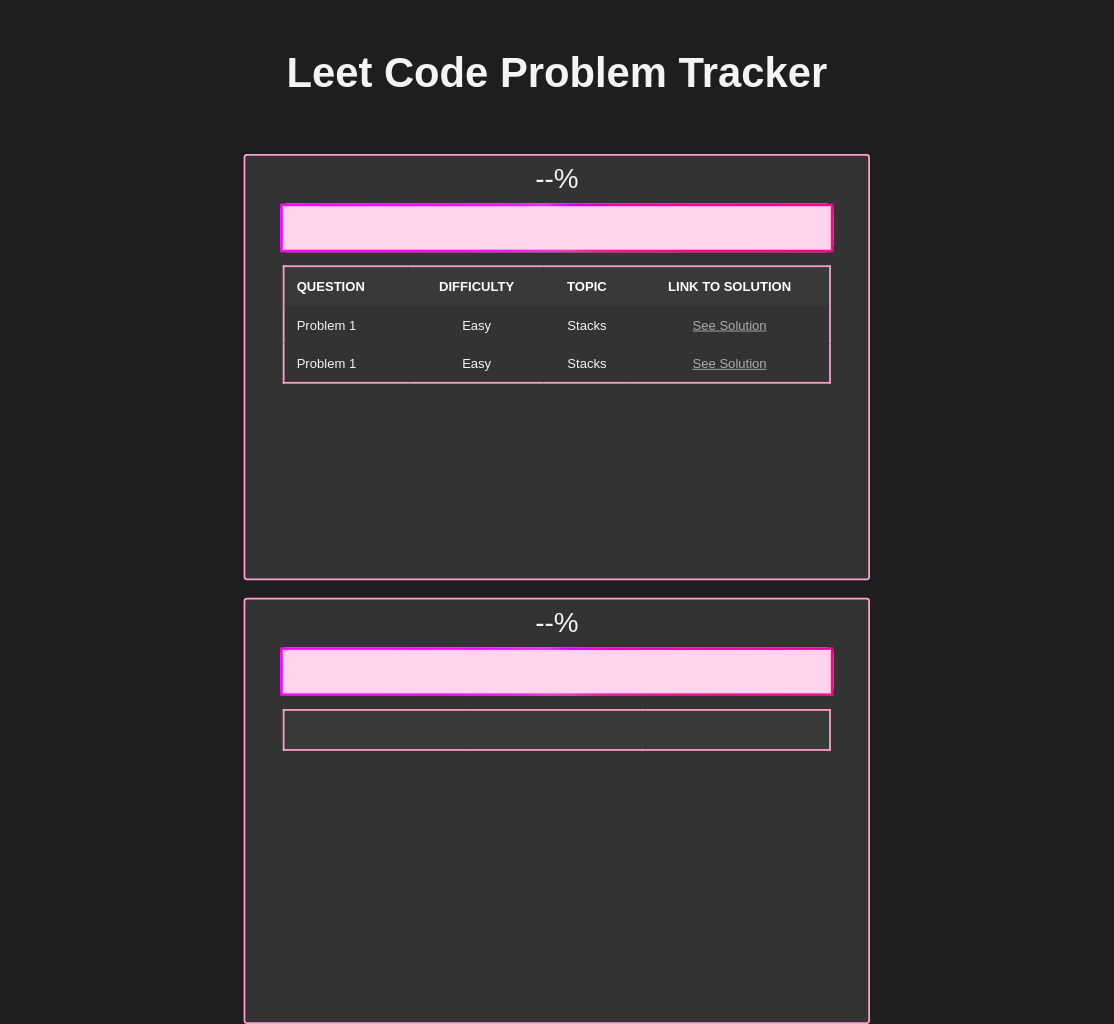
Repository: bbrockbrown/leet-code-tracker
Page: index.html
These files come from the project's save history. The page is drawn as it stood at one moment and after the next save; the edit follows.
The browser window is 1280 px wide. The pictures show the whole page, at 87% of full size.

Above is the page before, as saved 2024-07-28 17:34:39.

### index.html
<!DOCTYPE html>
<html lang="en">
<head>
    <meta charset="UTF-8">
    <meta name="viewport" content="width=device-width, initial-scale=1.0">
    <link rel="stylesheet" href="styles.css">
    <script>src="script.js"</script>
    <title>Document</title>
</head>
<body>
    <div class="main">
        <h1 id="header">Leet Code Problem Tracker</h1>
    </div>

    <div class="tracking-container">
        <!-- Have some script grab random leet code problems daily -->
        <div class="todo-tracking">
            <div class="todo-percent">--%</div>
            <div class="progressbar" id="todo-bar"> <!--% Container for progressbar --> </div>
            <table>
                <tbody>
                    <tr>
                        <th>Question</th>
                        <th>Difficulty</th>
                        <th>Topic</th>
                        <th>Link to Solution</th>
                    </tr>

                    <tr>
                        <td>Problem 1</td>
                        <td class="easy-prob">Easy</td>
                        <td class="topic">Stacks</td>
                        <td class="solution"><a href="">See Solution</a></td>
                    </tr>

                    <tr>
                        <td>Problem 1</td>
                        <td class="easy-prob">Easy</td>
                        <td class="topic">Stacks</td>
                        <td class="solution"><a href="">See Solution</a></td>
                    </tr>
                </tbody>
            </table>
        </div>

        <!-- Brings to page with links to completed problems, area to write
         notes about how it was solved, topics used, etc-->
        <div class="completed-tracking">
            <div class="completed-percent">--%</div>
            <div class="progressbar" id="completed-bar"> <!--% Container for progressbar --> </div>
            <table>
                <tbody>
                    <tr>
                        <th></th>
                        <th></th>
                        <th></th>
                    </tr>
                </tbody>
            </table>
        </div>
    </div>

    <div class="footer">
        <!-- Placeholder!!! -->
    </div>
</body>
</html>

### styles.css
:root {
    --tracking-border-color: rgb(255, 159, 213);
}

@keyframes rotate {
	to {
		--angle: 360deg;
	}
}

@property --angle {
  syntax: '<angle>';
  initial-value: 0deg;
  inherits: false;
}

html, body {
    height: 100%;
    display: flex;
    flex-direction: column;
  }

head {
    display: none;
}

body {
    font-family: Arial, sans-serif;
    background: #1e1e1e;
    margin: 0;
    padding: 0;
    color: #f4f4f4;
    overflow: hidden;
    font-size: 90%;
}

.main {
    display: flex;
    flex-flow: column;
    justify-content: center;
    align-items: center;
    padding: 24px;
}

#header {
    font-size: 48px;
}

.tracking-container {
    display: flex;
    flex-flow: row wrap;
    align-items: flex-start;
    justify-content: space-evenly;
    height: 100%;
}

.todo-tracking, .completed-tracking {
    border: 2px solid var(--tracking-border-color);
    border-radius: 4px;
    font-size: 32px;
    text-align: center;
    box-shadow: 8px rgb(255, 159, 213, 0.8);
    height: 100%;
    width: 700px;
    padding: 8px;
    background-color: #333;
    margin: 10px auto;
    display: inline-block;
    max-width: 75%;
    max-height: 85%;
    overflow-y: auto;
    color: #f4f4f4;
}

.todo-tracking:hover, .completed-tracking:hover {
    filter: brightness(85%);
}

/* progress bar fills more as more complete */
.progressbar {
    width: 90%;
    height: 50px;
    border-radius: 8px;
    background-color: rgb(255, 212, 236);
    margin: 10px auto;
    --angle: 0deg;
    /* FOR FUTURE: make it so user can change border gradient */
    --very-pink: rgb(249, 0, 141);
    --pink: rgb(233, 58, 183);
    --pinkish-purple: rgb(233, 58, 210);
    --magenta: magenta;
    --purple: rgb(213, 58, 233);
    --very-purple: rgb(212, 0, 255);
	border: 3px solid;
	border-image: conic-gradient(from var(--angle), var(--very-pink), var(--pink), var(--pinkish-purple), var(--magenta), var(--purple), var(--very-purple), var(--very-pink)) 1;
	animation: 4s rotate linear infinite;
}

table {
    width: 90%;
    display: table;
    margin: 15px auto;
    border-collapse: collapse;
    transition: box-shadow 0.3s ease-in-out;
    border: 2px solid var(--tracking-border-color);
    border-radius: 10px;
    box-shadow: #1e1e1e;
}

tbody {
    display: table-row-group;
    vertical-align: middle;
    unicode-bidi: isolate;
    border-color: inherit;
    font-size: 15px;
}

tr {
    display: table-row;
    vertical-align: inherit;
    unicode-bidi: isolate;
    border-color: inherit;
}

th {
    color: white;
    text-transform: uppercase;
    background-color: #373a37;
}

th:first-child, td:first-child {
    text-align: left;
}

th, td {
    padding: 8px 14px;
    transition: background-color 0.5s;
    height: 28px;
    border: 0px;
    white-space: nowrap;
}

a {
    text-decoration:underline;
    color: inherit;
}

a:visited {
    color: rgb(173, 173, 173);
}

After the next save:
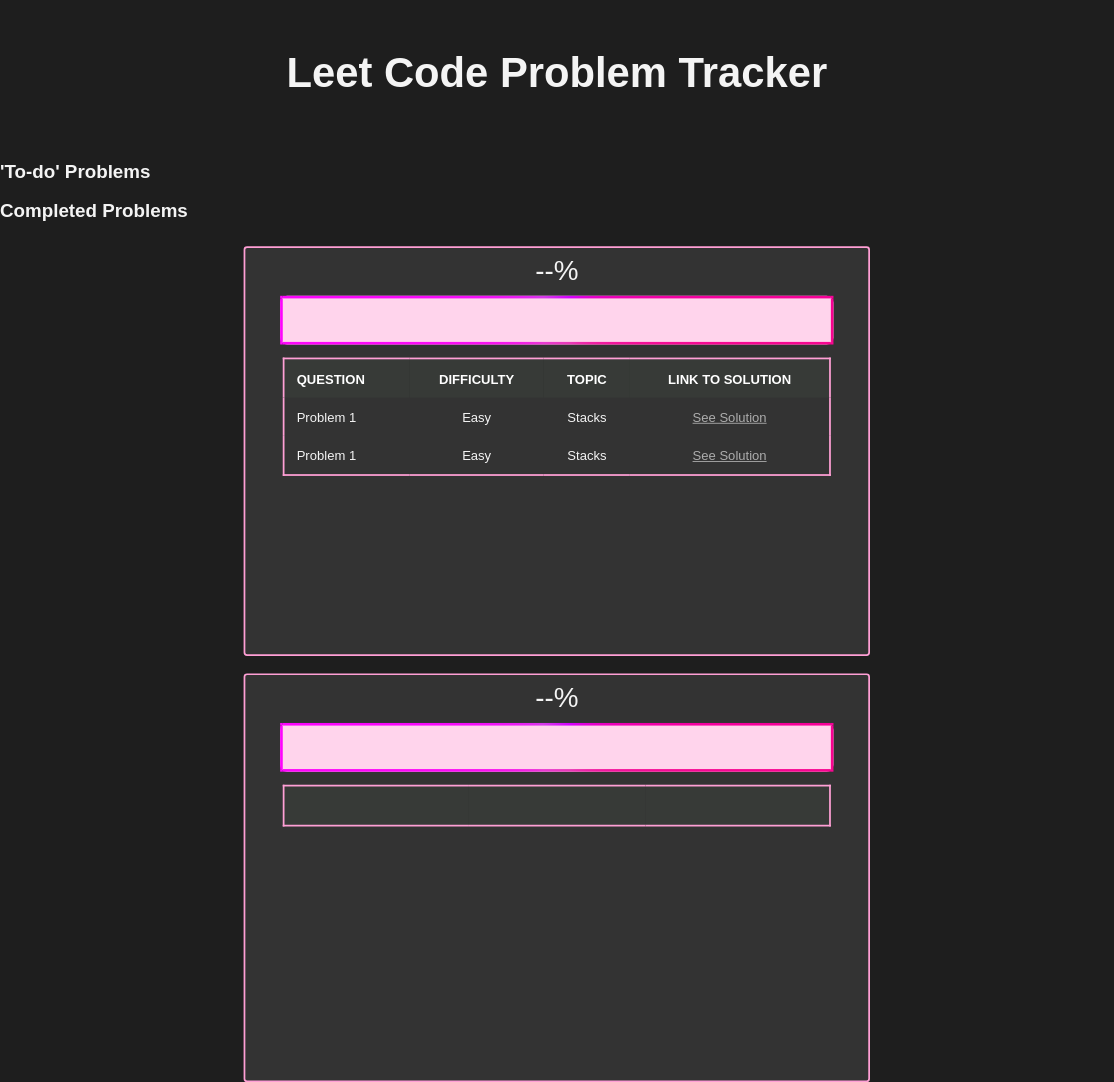
Saved 80 s later.
--- a/index.html
+++ b/index.html
@@ -10,6 +10,11 @@
 <body>
     <div class="main">
         <h1 id="header">Leet Code Problem Tracker</h1>
+    </div>
+
+    <div class="tracking-titles">
+        <h2>'To-do' Problems</h2>
+        <h2>Completed Problems</h2>
     </div>
 
     <div class="tracking-container">
